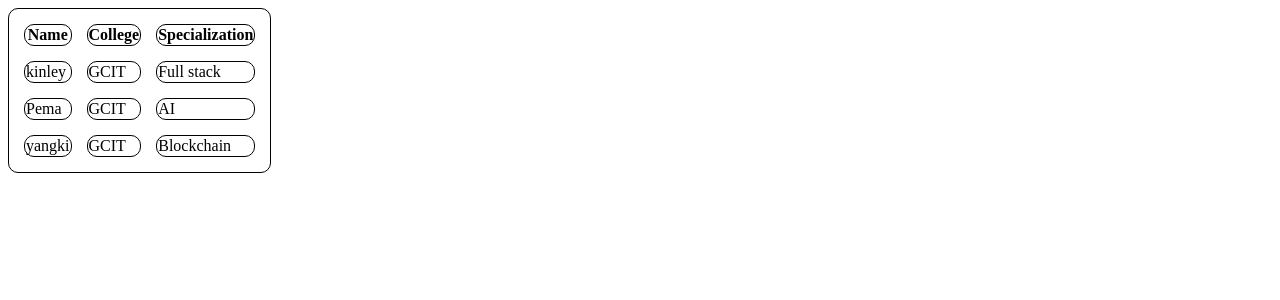
Repository: Pema-yangki/Css
Page: fed.html
The author's editor kept a copy of each file at every save. The page is drawn from the files as they stood at one save, then again after a run of saves.
The browser window is 1280 px wide. The pictures show the whole page.

Above is the page before, as saved 2024-03-15 14:43:35.

After the next 2 saves:
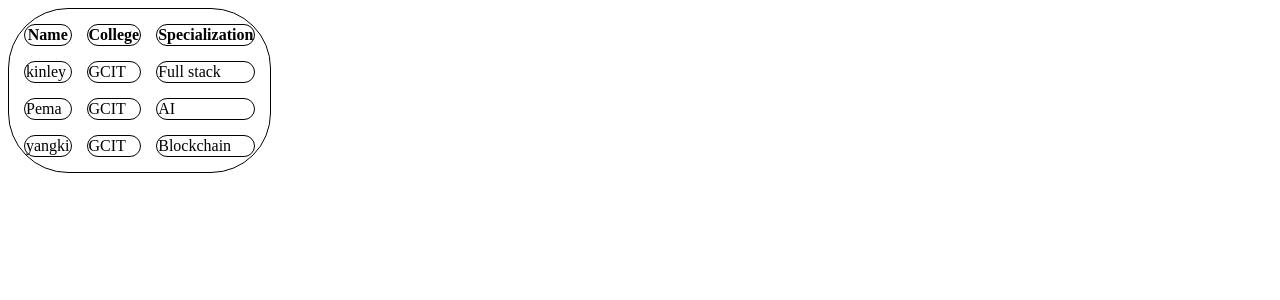
The 2 saves are shown as one change because they came seconds apart.
The last was saved 55 s later.
--- a/fed.html
+++ b/fed.html
@@ -26,7 +26,7 @@
         table, th, td{
             border: 1px solid black;
             /* border-collapse: collapse; */
-            border-radius:10px;
+            border-radius:60px;
         }
     </style>
 </head>

After the save that followed:
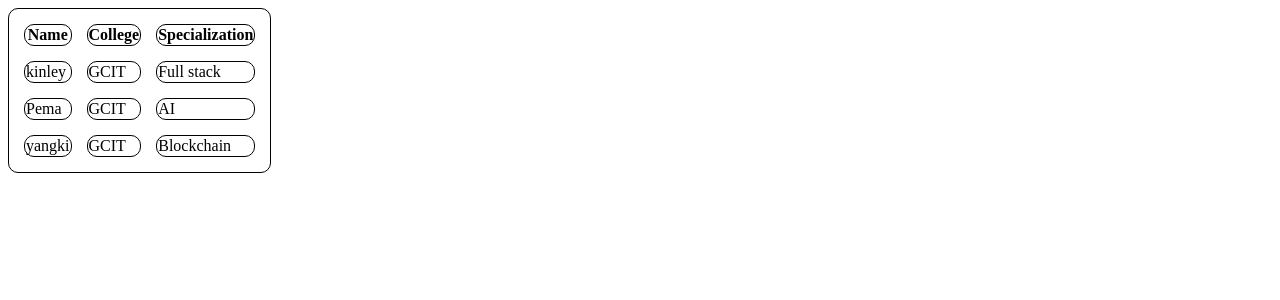
Saved 13 s later.
--- a/fed.html
+++ b/fed.html
@@ -26,7 +26,7 @@
         table, th, td{
             border: 1px solid black;
             /* border-collapse: collapse; */
-            border-radius:60px;
+            border-radius:10px;
         }
     </style>
 </head>
